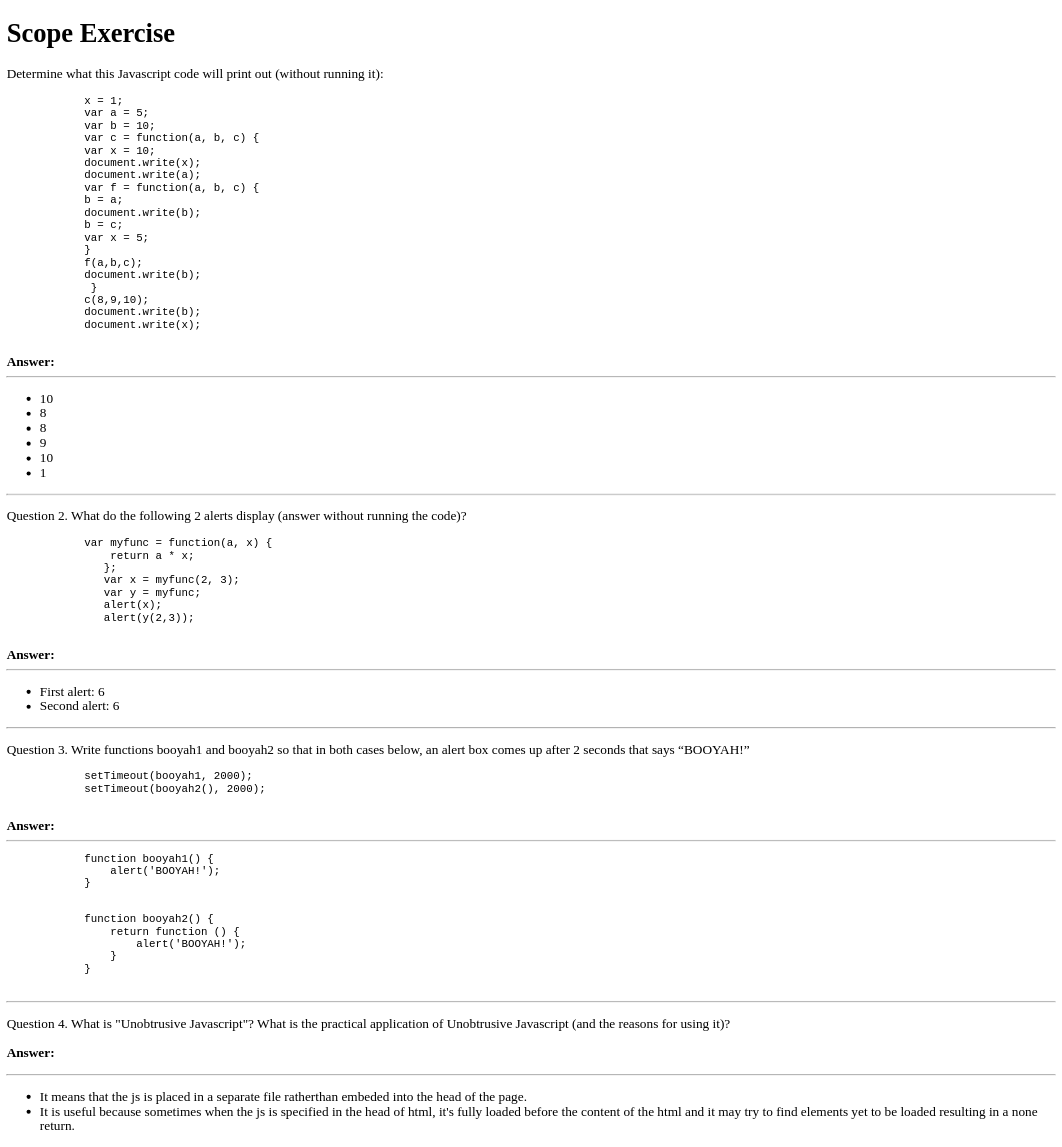
Repository: bethelbahiru/WAP
Page: Homework3/scope.html
These files come from the project's save history. The page is drawn as it stood at one moment and after a run of saves; the edit follows.
The browser window is 1280 px wide. The pictures show the whole page, at 83% of full size.

Above is the page before, as saved 2022-01-18 15:23:45.

After the next 2 saves:
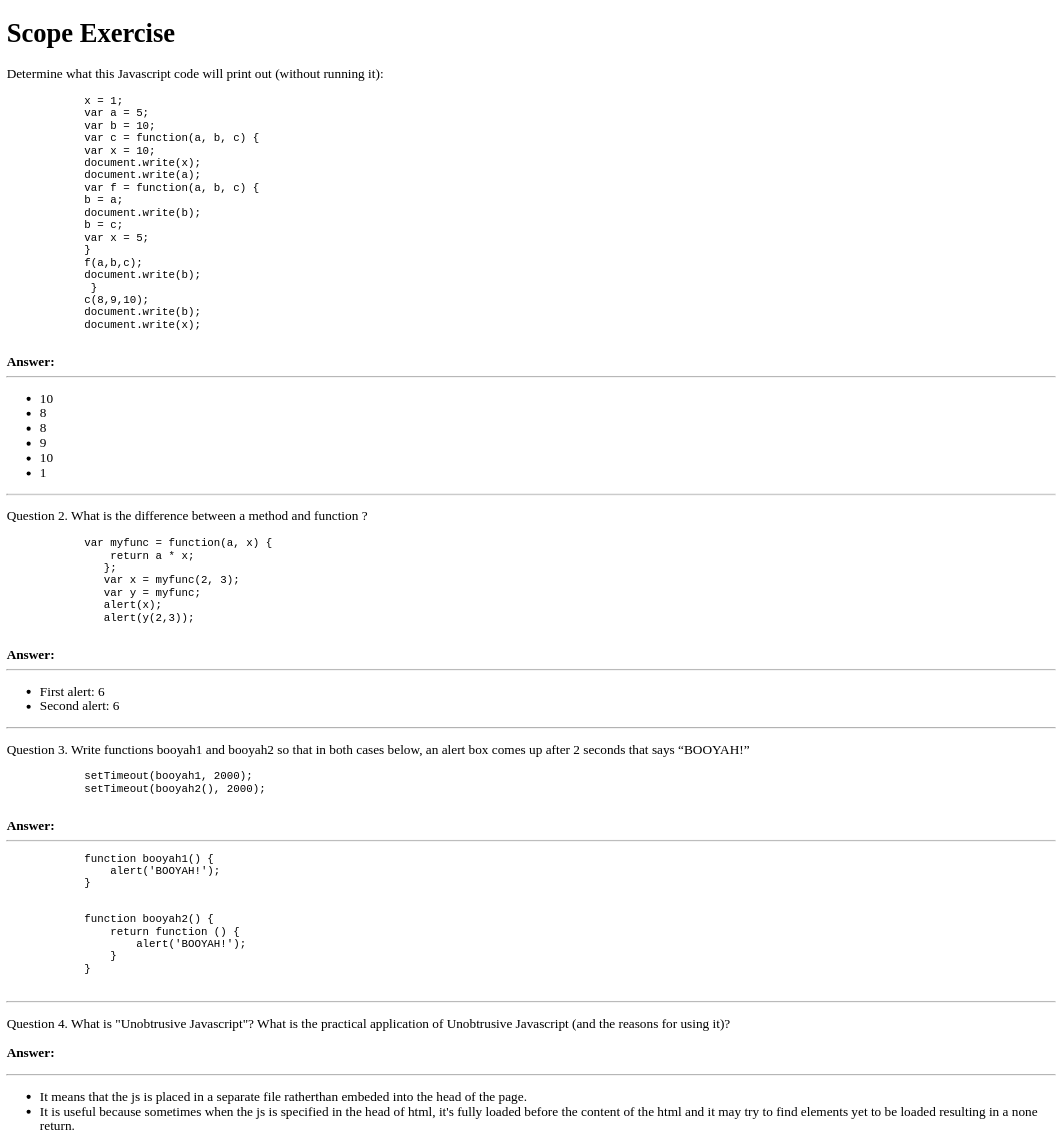
The 2 saves are shown as one change because they came seconds apart.
The last was saved 26 min 51 s later.
--- a/Homework3/scope.html
+++ b/Homework3/scope.html
@@ -43,7 +43,7 @@
         </ul>
     </p>
     <hr>
-    <p>Question 2. What do the following 2 alerts display (answer without running the code)?
+    <p>Question 2.  What is the difference between a method and function ?
         <pre>
             var myfunc = function(a, x) {
                 return a * x;
